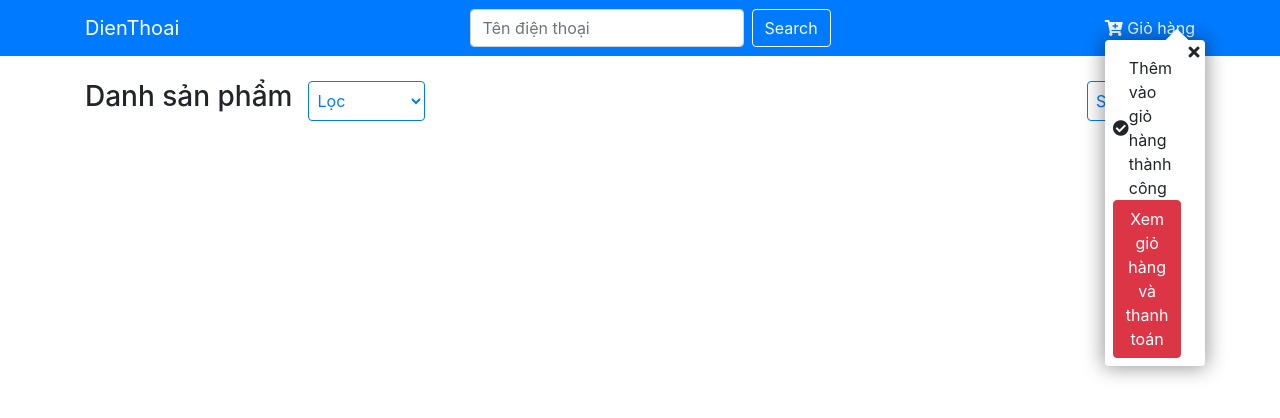
Repository: dovanthao2404/BC14_Bai_Tap_Ban_Dien_Thoai_dovanthao
Page: app/views/index.html
The author's editor kept a copy of each file at every save. The page is drawn from the files as they stood at one save, then again after the next save.
The browser window is 1280 px wide. The pictures show the whole page.
Some web libraries are served in a nearby version. The style sheet was rebuilt from its Sass, Less or Tailwind sources for each picture, by a compiler version that may differ from the author's.

Above is the page before, as saved 2021-08-14 16:22:57.
Console error (its wording comes from the project's code and is left out).

### app/views/index.html
<!DOCTYPE html>
<html lang="en">

<head>
  <meta charset="UTF-8">
  <meta http-equiv="X-UA-Compatible" content="IE=edge">
  <meta name="viewport" content="width=device-width, initial-scale=1.0">
  <title>Dien Thoai Xin</title>




  <!-- FONT AWESOME -->
  <link rel="stylesheet" href="https://cdnjs.cloudflare.com/ajax/libs/font-awesome/5.15.4/css/all.min.css"
    integrity="sha512-1ycn6IcaQQ40/MKBW2W4Rhis/DbILU74C1vSrLJxCq57o941Ym01SwNsOMqvEBFlcgUa6xLiPY/NS5R+E6ztJQ=="
    crossorigin="anonymous" referrerpolicy="no-referrer" />

  <!-- GOOGLE FONTS -->

  <link rel="preconnect" href="https://fonts.googleapis.com">
  <link rel="preconnect" href="https://fonts.gstatic.com" crossorigin>
  <link
    href="https://fonts.googleapis.com/css2?family=Roboto:ital,wght@0,300;0,400;0,700;1,300;1,400;1,700&display=swap"
    rel="stylesheet">

  <!-- B4 -->
  <link rel="stylesheet" href="https://cdn.jsdelivr.net/npm/bootstrap@4.6.0/dist/css/bootstrap.min.css"
    integrity="sha384-B0vP5xmATw1+K9KRQjQERJvTumQW0nPEzvF6L/Z6nronJ3oUOFUFpCjEUQouq2+l" crossorigin="anonymous">

  <!-- MAIN CSS -->
  <link rel="stylesheet" href="../../assets/css/main.css">
</head>

<body>
  <header class="fixed-top">
    <nav class="navbar navbar-dark bg-primary">
      <div class="container">

        <a href="#" class="navbar-brand">
          DienThoai
        </a>
        <form class="form-inline my-2 my-lg-0">
          <input id="valueSearch" class="form-control mr-sm-2" type="search" placeholder="Tên điện thoại"
            aria-label="Search">
          <button id="btnSearch" class="btn btn-outline-light my-2 my-sm-0" type="button">Search</button>
        </form>
        <div class="phone-cart">
          <a href="cart.html" class="text-light">
            <i class="fa fa-cart-plus"></i> Giỏ hàng
          </a>
          <div class="notifiSuccess pb-2 pt-3 pl-2 pr-4 bg-white rounded">
            <i class="fa fa-times icon-close"></i>
            <div class="d-flex align-items-center">
              <i class="fa fa-check-circle"></i>
              <p class="m-0">Thêm vào giỏ hàng thành công</p>
            </div>
            <button class="btn btn-danger w-100 d-block" data-target="cart.html">Xem giỏ hàng và thanh toán</button>
          </div>
        </div>
      </div>
    </nav>

  </header>

  <section class="phone-product">
    <div class="container">
      <div id="listAll-type">
        <div class="phone-title">
          <div class="d-flex justify-content-between align-items-center my-3">
            <div class="d-flex align-items-center">
              <h3 class="mr-3">
                Danh sản phẩm
              </h3>
              <div>
                <select class="phone-select" name="" id="phoneType">
                  <option value="">Lọc</option>
                  <option value="Samsung">Samsung</option>
                  <option value="Iphone">Iphone</option>
                </select>

              </div>
            </div>
            <div class="sort-name">
              <select class="phone-select" name="" id="sortPhone">
                <option value="">Sắp xếp</option>
                <option value="a">A - Z</option>
                <option value="z">Z - A</option>
              </select>
            </div>
          </div>
        </div>
        <div class="phone-list">
          <div class="row" id="listPhoneView">

          </div>
        </div>
      </div>
    </div>
    </div>
  </section>


  <!-- B4 -->
  <script src="https://code.jquery.com/jquery-3.5.1.slim.min.js"
    integrity="sha384-DfXdz2htPH0lsSSs5nCTpuj/zy4C+OGpamoFVy38MVBnE+IbbVYUew+OrCXaRkfj"
    crossorigin="anonymous"></script>
  <script src="https://cdn.jsdelivr.net/npm/bootstrap@4.6.0/dist/js/bootstrap.bundle.min.js"
    integrity="sha384-Piv4xVNRyMGpqkS2by6br4gNJ7DXjqk09RmUpJ8jgGtD7zP9yug3goQfGII0yAns"
    crossorigin="anonymous"></script>


  <!-- AXIOS -->
  <script src="https://cdnjs.cloudflare.com/ajax/libs/axios/0.21.1/axios.min.js"
    integrity="sha512-bZS47S7sPOxkjU/4Bt0zrhEtWx0y0CRkhEp8IckzK+ltifIIE9EMIMTuT/mEzoIMewUINruDBIR/jJnbguonqQ=="
    crossorigin="anonymous" referrerpolicy="no-referrer"></script>

  <script type="module" src="./../controllers/main.js"></script>
</body>

</html>

### app/controllers/main.js
import Phone from "./../models/Phone.js"
import ListPhone from "./../models/ListPhone.js"


var listProductInCart = JSON.parse(localStorage.getItem("listProductInCart")) || [];



let getEle = (id) => {
  return document.getElementById(id)
}

let listPhone = new ListPhone();


let renderView = (arr) => {
  let html = ""
  arr.forEach((phone) => {
    html += `
    <div class="col-3 mb-3">
    <div class="card overflow-hidden h-100">
      <img
        src="${phone.img}"
        alt="" class="card-img-top">
      <div class="card-body">
        <h4 class=card-title>
        ${phone.name}
        </h4>
        <p class="card-text">${phone.desc}</p>
        </div>
        <div class="card-footer">
        <a data-action="add"  data-phone=${phone.id} class="btn btn-primary w-100">Cart</a>
        </div>
    </div>
  </div>
    `
  })
  getEle("listPhoneView").innerHTML = html

}

let fetchData = () => {
  listPhone
    .getListPhoneApi()
    .then((resp) => {
      renderView(resp.data)
    })
    .catch((err) => {
      console.log(err)
    })
}

fetchData()

let filterType = (phoneType, type) => {
  return listPhone
    .getListPhoneApi()
    .then((resp) => {
      let data = resp.data;
      data.forEach((phone) => {
        if (phone.type === type) {
          phoneType.push(phone);
        }
      })
      renderView(phoneType)
      return phoneType;
    })
    .catch((err) => {
      console.log(err)
    })
}

let sortPhone = (arr, valueSort) => {
  for (let i = 0; i < arr.length; i++) {
    for (let j = i; j < arr.length; j++) {
      if (valueSort === 1) {
        if (arr[i].name < arr[j].name) {
          let temp = arr[i];
          arr[i] = arr[j]
          arr[j] = temp;
        }
      } else {
        if (arr[i].name > arr[j].name) {
          let temp = arr[i];
          arr[i] = arr[j]
          arr[j] = temp;
        }
      }
    }
  }
  renderView(arr)
}


let delegationSelect = () => {
  let phoneType = [];
  let type = getEle("phoneType").value;
  let dataSort = getEle("sortPhone").value;

  if (type && dataSort) {

    if (dataSort === "a") {
      filterType(phoneType, type)
        .then((phoneType) => {
          sortPhone(phoneType, 1);
        })
    } else {
      filterType(phoneType, type)
        .then((phoneType) => {
          sortPhone(phoneType, 0);
        })
    }

  } else if (type && !dataSort) {

    filterType(phoneType, type);

  } else if (!type && dataSort) {

    if (dataSort === "a") {
      listPhone.getListPhoneApi()
        .then((resp) => {
          sortPhone(resp.data, 1);
        })
        .catch((err) => {
          console.log(err);
        })
    } else {
      listPhone.getListPhoneApi()
        .then((resp) => {
          sortPhone(resp.data, 0);
        })
        .catch((err) => {
          console.log(err);
        })
    }

  } else {
    fetchData()
  }
}

getEle("phoneType").addEventListener("change", delegationSelect)
getEle("sortPhone").addEventListener("change", delegationSelect)

const handleSearch = () => {
  let nameSort = getEle("valueSearch").value;
  nameSort = nameSort.toLowerCase().trim();
  listPhone.getListPhoneApi()
    .then((resp) => {
      let listPhone = resp.data;
      let listPhoneSearch = listPhone.filter((phone) => {
        return phone.name.toLowerCase().includes(nameSort);
      })
      renderView(listPhoneSearch);
    })
    .catch((err) => {
      console.log(err)
    })

}

getEle("btnSearch").addEventListener("click", handleSearch);




const delegationListPhoneView = (e) => {
  if (e.target.getAttribute("data-action") === "add") {
    let id = e.target.getAttribute("data-phone");

    listPhone.getPhoneById(id)
      .then((resp) => {
        let count = 0;
        for (let i = 0; i < listProductInCart.length; i++) {

          if (listProductInCart[i].id === id) {
            listProductInCart[i].quantity += 1;
            localStorage.setItem("listProductInCart", JSON.stringify(listProductInCart));
            count++;
          }

        }

        if (count === 0) {
          let phone = { ...resp.data }
          phone.quantity = 1;
          listProductInCart.push(phone);
          localStorage.setItem("listProductInCart", JSON.stringify(listProductInCart));

        }
      })
      .catch((err) => {
        console.log(err)
      })


  }
}


getEle("listPhoneView").addEventListener("click", delegationListPhoneView)

### app/models/Phone.js
class Phone {
  constructor({
    name,
    price,
    screen,
    backCamera,
    frontCamera,
    img,
    desc,
    type
  },) {
    this.name = name;
    this.price = price;
    this.screen = screen;
    this.backCamera = backCamera;
    this.frontCamera = frontCamera;
    this.img = img;
    this.desc = desc;
    this.type = type;
  }

}

### app/models/ListPhone.js
export default class ListPhone {
  getListPhoneApi() {
    return axios({
      url: "https://6113ecdacba40600170c1d10.mockapi.io/api/phone",
      method: "GET",
    });
  }

  getPhoneById(id) {
    return axios({
      url: `https://6113ecdacba40600170c1d10.mockapi.io/api/phone/${id}`,
      method: "GET",
    });
  }

}

//  MỚi ăn xong

### assets/scss/main.scss
.phone-product {
  margin-top: 80px;
}
.phone-select {
  padding: 8px 20px 8px 4px;
  border-color: #007bff;
  color: #007bff;
  border-radius: 4px;
  background: transparent;
  outline: none;
  cursor: pointer;
  transition: all 0.5s;
  &:hover {
    background-color: #007bff;
    color: white;
  }
  option {
    display: block;
    background-color: white;
    color: #000;
  }
}
.phone-cart {
  position: relative;
}
.notifiSuccess {
  position: absolute;
  box-shadow: 0 0 20px 2px rgba(0, 0, 0, 0.4);
  &:before {
    content: "";
    position: absolute;
    display: block;
    width: 16px;
    height: 16px;
    background-color: #fff;
    transform: rotate(45deg);
    top: -8px;
    right: 20px;
  }

  .icon-close {
    position: absolute;
    right: 6px;
    top: 4px;
    cursor: pointer;
  }
}

After the next save:
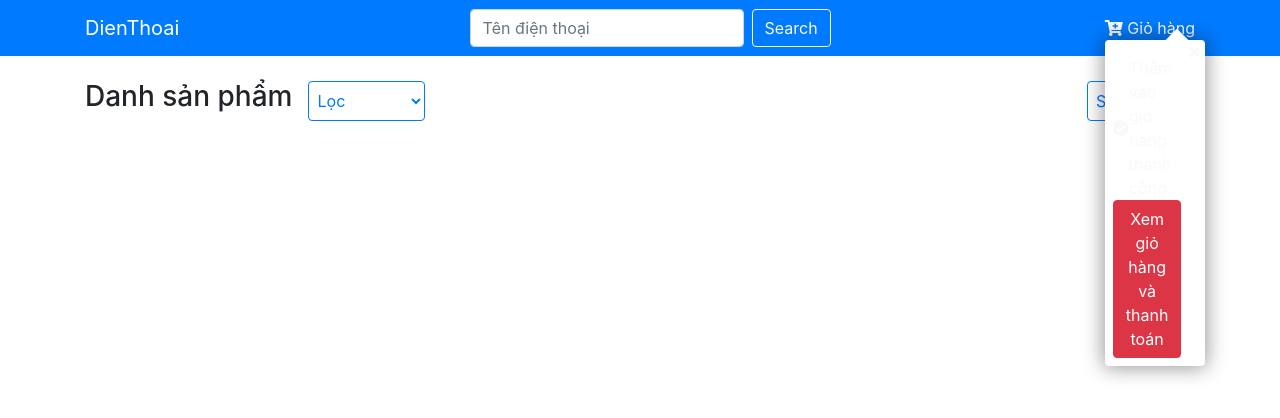
Saved 56 s later.
--- a/app/views/index.html
+++ b/app/views/index.html
@@ -47,15 +47,16 @@
         <div class="phone-cart">
           <a href="cart.html" class="text-light">
             <i class="fa fa-cart-plus"></i> Giỏ hàng
+
+            <div class="notifiSuccess pb-2 pt-3 pl-2 pr-4 bg-white rounded">
+              <i class="fa fa-times icon-close"></i>
+              <div class="d-flex align-items-center">
+                <i class="fa fa-check-circle"></i>
+                <p class="m-0">Thêm vào giỏ hàng thành công</p>
+              </div>
+              <button class="btn btn-danger w-100 d-block" data-target="cart.html">Xem giỏ hàng và thanh toán</button>
+            </div>
           </a>
-          <div class="notifiSuccess pb-2 pt-3 pl-2 pr-4 bg-white rounded">
-            <i class="fa fa-times icon-close"></i>
-            <div class="d-flex align-items-center">
-              <i class="fa fa-check-circle"></i>
-              <p class="m-0">Thêm vào giỏ hàng thành công</p>
-            </div>
-            <button class="btn btn-danger w-100 d-block" data-target="cart.html">Xem giỏ hàng và thanh toán</button>
-          </div>
         </div>
       </div>
     </nav>

After the 3 saves that followed:
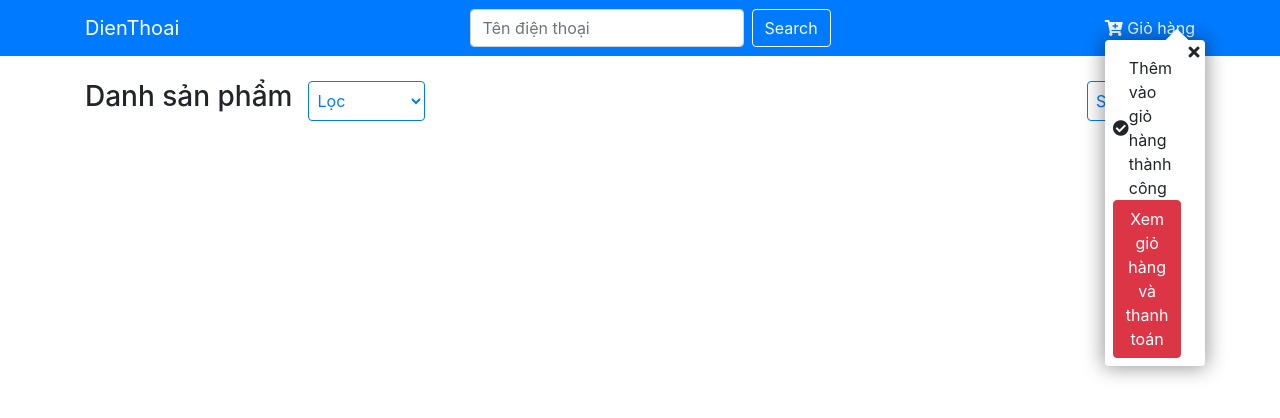
The 3 saves are shown as one change because 2 left the picture as it was.
The last was saved 32 s later.
--- a/app/views/index.html
+++ b/app/views/index.html
@@ -47,16 +47,16 @@
         <div class="phone-cart">
           <a href="cart.html" class="text-light">
             <i class="fa fa-cart-plus"></i> Giỏ hàng
+          </a>
 
-            <div class="notifiSuccess pb-2 pt-3 pl-2 pr-4 bg-white rounded">
-              <i class="fa fa-times icon-close"></i>
-              <div class="d-flex align-items-center">
-                <i class="fa fa-check-circle"></i>
-                <p class="m-0">Thêm vào giỏ hàng thành công</p>
-              </div>
-              <button class="btn btn-danger w-100 d-block" data-target="cart.html">Xem giỏ hàng và thanh toán</button>
+          <div class="notifiSuccess pb-2 pt-3 pl-2 pr-4 bg-white rounded">
+            <i class="fa fa-times icon-close"></i>
+            <div class="d-flex align-items-center">
+              <i class="fa fa-check-circle"></i>
+              <p class="m-0">Thêm vào giỏ hàng thành công</p>
             </div>
-          </a>
+            <button class="btn btn-danger w-100 d-block" data-target="cart.html">Xem giỏ hàng và thanh toán</button>
+          </div>
         </div>
       </div>
     </nav>
